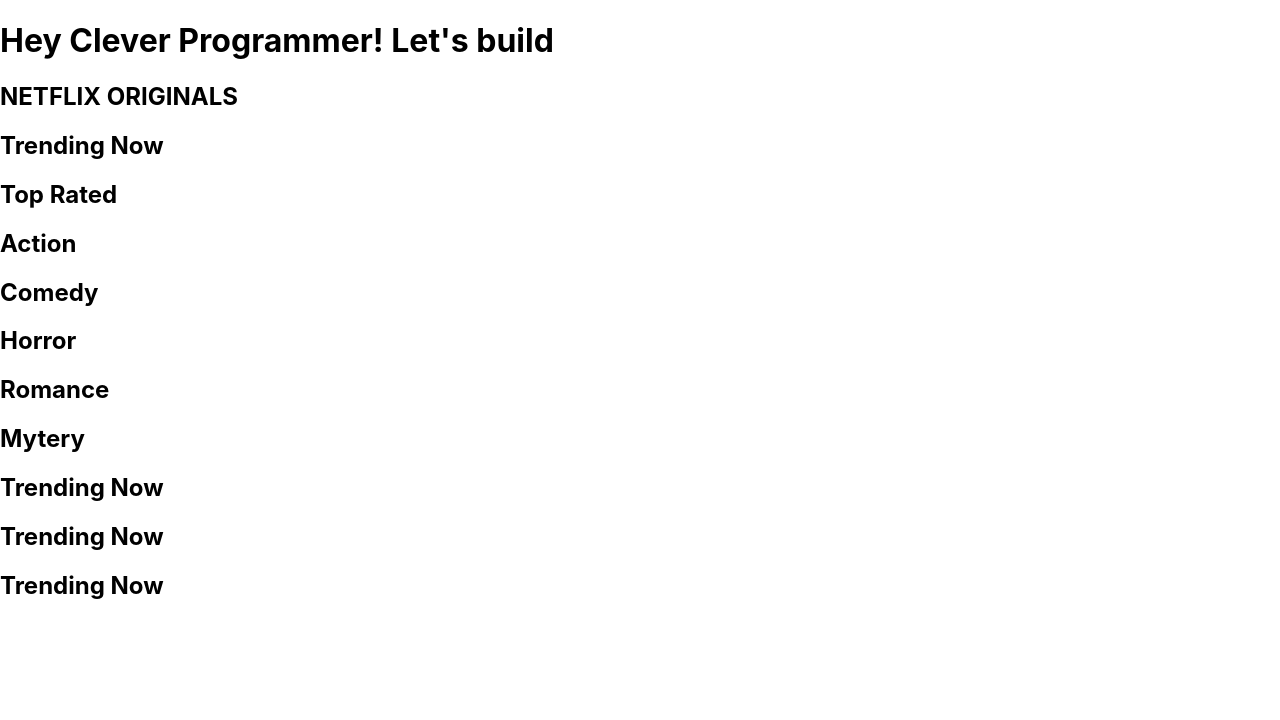
Repository: digiangler/netflix-clone
Page: /
An editor plug-in stored every save of this project. The page is shown before and after the next save, followed by the edit.
The browser window is 1280 px wide. The pictures show the whole page.
The page's requests for data from a server got no answer. The project was rebuilt for these pictures with package versions that can differ from the ones it lists, and the page was loaded fresh each time. No one was signed in, and anything a server would have sent is missing. Also part of the build but not shown: src/App.css.

Above is the page before, as saved 2020-09-18 00:45:01.

### src/App.js
import React from "react";
import "./App.css";
import requests from "./requests";
import Row from "./Row";

function App() {
  return (
    <div className='app'>
      <h1>Hey Clever Programmer! Let's build</h1>

      <Row
        title='NETFLIX ORIGINALS'
        fetchUrl={requests.fetchNetflixOriginals}
      />

      <Row title='Trending Now' fetchUrl={requests.fetchTrending} />
      <Row title='Top Rated' fetchUrl={requests.fetchTopRated} />
      <Row title='Action' fetchUrl={requests.fetchActionMovies} />
      <Row title='Comedy' fetchUrl={requests.fetchComedyMovies} />
      <Row title='Horror' fetchUrl={requests.fetchHorrorMovies} />
      <Row title='Romance' fetchUrl={requests.fetchRomanceMovies} />
      <Row title='Mytery' fetchUrl={requests.fetchMystery} />
      <Row title='Trending Now' fetchUrl={requests.fetchTrending} />
      <Row title='Trending Now' fetchUrl={requests.fetchTrending} />
      <Row title='Trending Now' fetchUrl={requests.fetchTrending} />
    </div>
  );
}

export default App;

### src/requests.js
const API_KEY = "8712b0610496fec8b39847307d977e5f";

const requests = {
  fetchTrending: `/trending/add/week?api_key=${API_KEY}&language=ja-JP`,
  fetchNetflixOriginals: `/discover/tv?api_key=${API_KEY}&with_networks=213`,
  fetchTopRated: `/movie/top_rated?api_key=${API_KEY}&language=ja-JP`,
  fetchActionMovies: `/discover/movie?api_key=${API_KEY}&with_genres=28`,
  fetchComedyMovies: `/discover/movie?api_key=${API_KEY}&with_genres=35`,
  fetchHorrorMovies: `/discover/movie?api_key=${API_KEY}&with_genres=27`,
  fetchRomanceMovies: `/discover/movie?api_key=${API_KEY}&with_genres=10749`,
  fetchDocumentaries: `/discover/movie?api_key=${API_KEY}&with_genres=99`,
};

export default requests;

### src/Row.js
import React, { useEffect, useState } from "react";
import "./Row.js";
import axios from "./axios";
import "./Row.css";

const base_url = "https://image.tmdb.org/t/p/original/";

function Row({ title, fetchUrl }) {
  const [movies, setMovies] = useState([]);

  // a snippet of code which runs based on a specific condition
  useEffect(() => {
    // if [], run once when the row loads, and don't run again
    async function fetchData() {
      //   console.log(fetchUrl);
      const request = await axios.get(fetchUrl);
      //   console.log(request);
      setMovies(request.data.results);
      return request;
    }
    fetchData();
  }, [fetchUrl]);

  console.table(movies);

  return (
    <div className='row'>
      <h2>{title}</h2>

      <div className='row__posters'>
        {/* row__poster */}
        {movies.map((movie) => (
          <img
            className='row__poster'
            src={`${base_url}${movie.poster_path}`}
            alt={movie.name}
          />
        ))}
      </div>
      {/* container -> posters */}
    </div>
  );
}

export default Row;

### src/axios.js
import axios from "axios";

/** base url to make requests to the movie database */
const instance = axios.create({
  baseURL: "https://api.themoviedb.org/3",
});

export default instance;

### src/Row.css
.row__poster {
  object-fit: contain;
  width: 100%;
  max-height: 100px;
}

Loaded but not shown: public/index.html (common file); src/index.js (common file); src/index.css (common file); src/serviceWorker.js (common file)

After the next save:
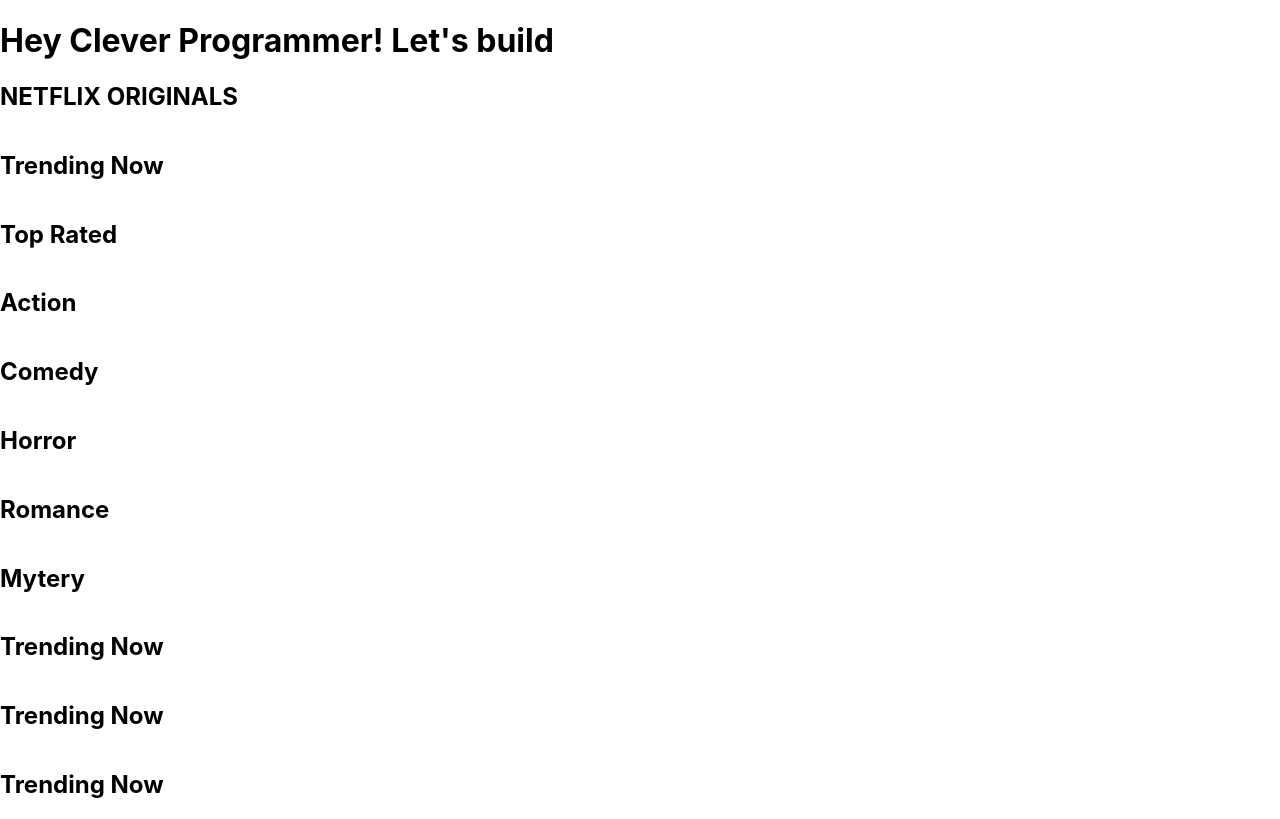
Saved 111 s later.
--- a/src/Row.css
+++ b/src/Row.css
@@ -1,3 +1,7 @@
+.row__posters {
+  display: flex;
+}
+
 .row__poster {
   object-fit: contain;
   width: 100%;
